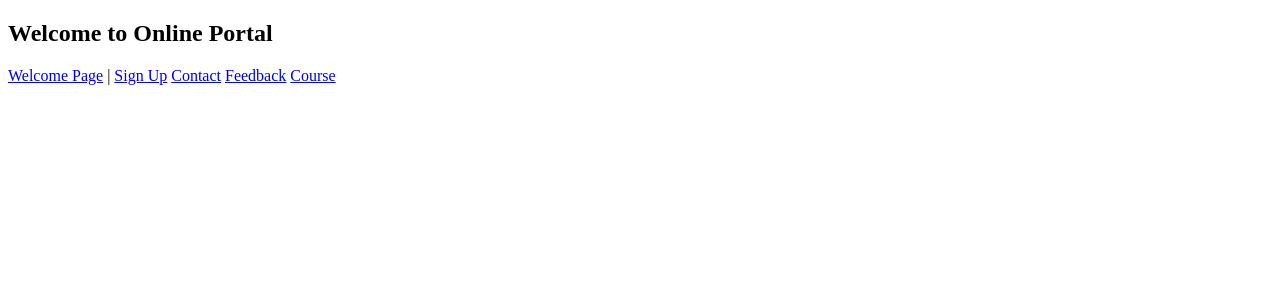
Repository: ShreyasG27/Amdocs-Training
Page: http://localhost/elearning-frontend/
An editor plug-in stored every save of this project. The page is shown before and after the next save, followed by the edit.
The browser window is 1280 px wide. The pictures show the whole page.
The page is served by Tomcat 9. Other server files are loaded and not shown.

Above is the page before, as saved 2021-08-20 09:52:57.

### elearning-frontend/WebContent/index.jsp
<%@ page language="java" contentType="text/html; charset=ISO-8859-1"
    pageEncoding="ISO-8859-1"%>
<!DOCTYPE html>
<html>
<head>
<meta charset="ISO-8859-1">
<title>eLearning Online Portal</title>
</head>
<body>
<h2>Welcome to Online Portal</h2>
<a href="welcome">Welcome Page</a> |
<a href="register.jsp">Sign Up</a>
<a href="contact.jsp">Contact</a>
<a href="feedback.jsp">Feedback</a>
<a href="course.jsp">Course</a>
</body>
</html>

After the next save:
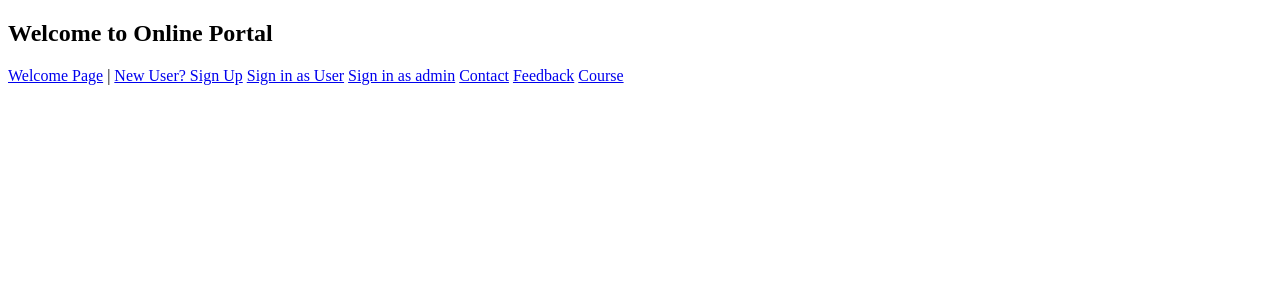
Saved 103 s later.
--- a/elearning-frontend/WebContent/index.jsp
+++ b/elearning-frontend/WebContent/index.jsp
@@ -9,7 +9,9 @@
 <body>
 <h2>Welcome to Online Portal</h2>
 <a href="welcome">Welcome Page</a> |
-<a href="register.jsp">Sign Up</a>
+<a href="register.jsp">New User? Sign Up</a>
+<a href="loginuser.jsp">Sign in as User</a>
+<a href="loginadmin.jsp">Sign in as admin</a>
 <a href="contact.jsp">Contact</a>
 <a href="feedback.jsp">Feedback</a>
 <a href="course.jsp">Course</a>
